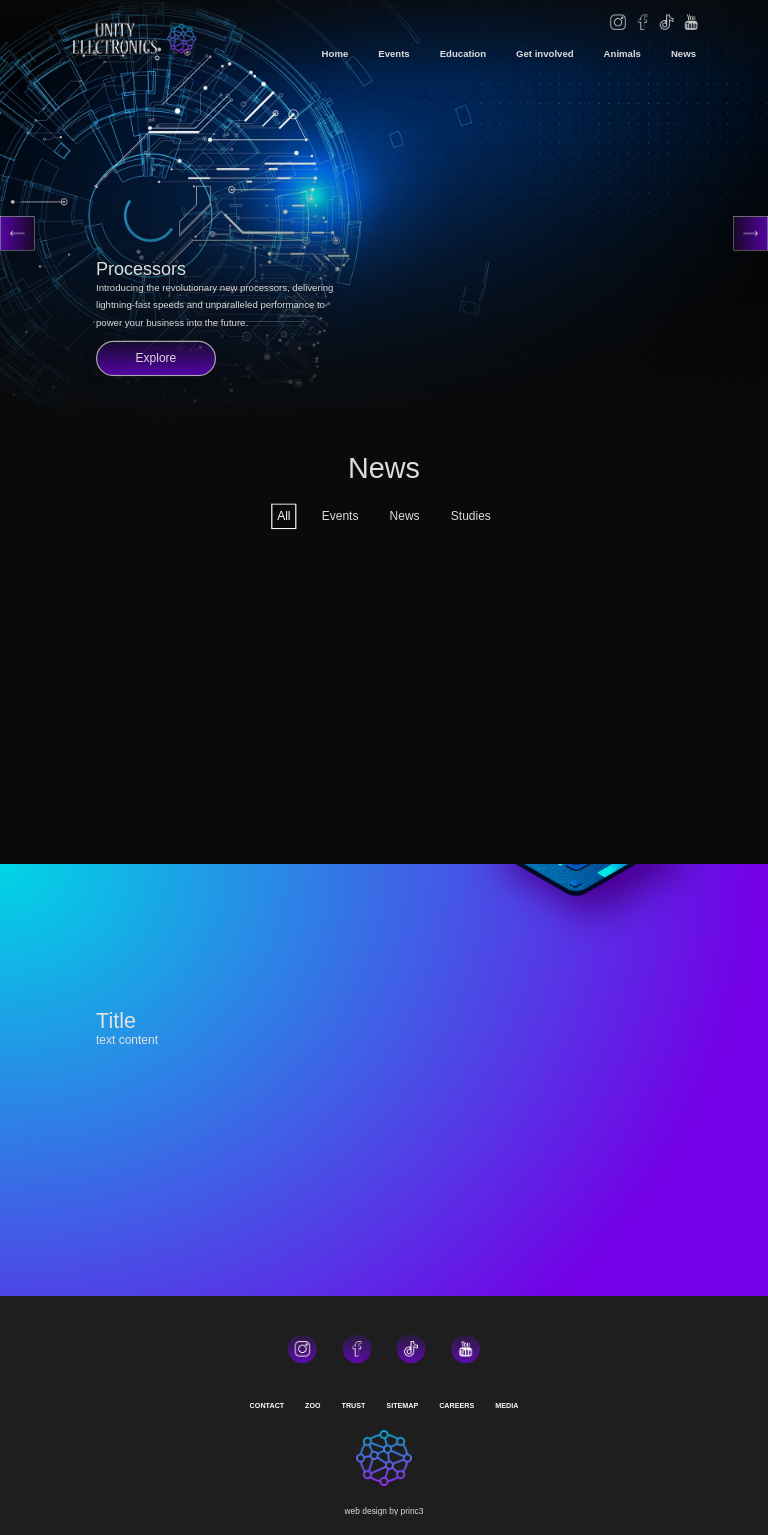
Repository: princ3-web/five
Page: /
The author's editor kept a copy of each file at every save. The page is drawn from the files as they stood at one save, then again after a run of saves.
The browser window is 1280 px wide. The pictures show the whole page, at 60% of full size.
The project was rebuilt for these pictures with package versions that can differ from the ones it lists, and the page was loaded fresh each time. Also part of the build but not shown: src/css/subpage.module.css, src/pages/Events.jsx, src/pages/Education.jsx, src/pages/Membership.jsx, src/pages/Animals.jsx, src/pages/News.jsx, src/pages/Support.jsx.

Above is the page before, as saved 2023-05-08 18:54:50.

After the next 2 saves:
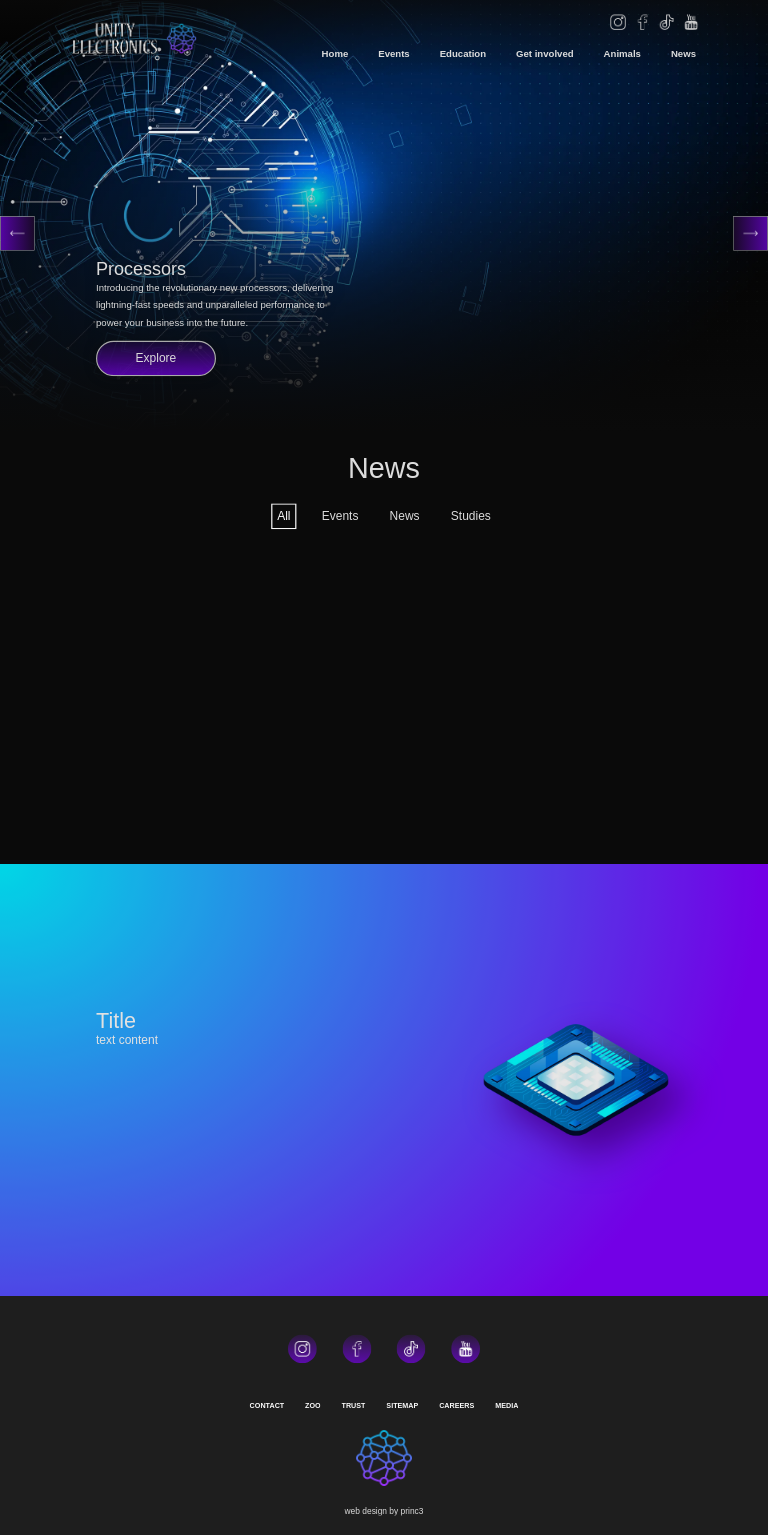
The 2 saves are shown as one change because they came seconds apart.
The last was saved 5 s later.
--- a/src/components/Objectscroller.jsx
+++ b/src/components/Objectscroller.jsx
@@ -28,7 +28,7 @@ const Objectscroller = () => {
         <img
           className={objectscroller.image}
           style={{
-            translate: "0px " + (- scrollPos / 8 - 400 + "px").toString(),
+            translate: "0px " + (- scrollPos / 8 - 0 + "px").toString(),
           }}
           src={require("../assets/images/object1.png")}
           alt=""
